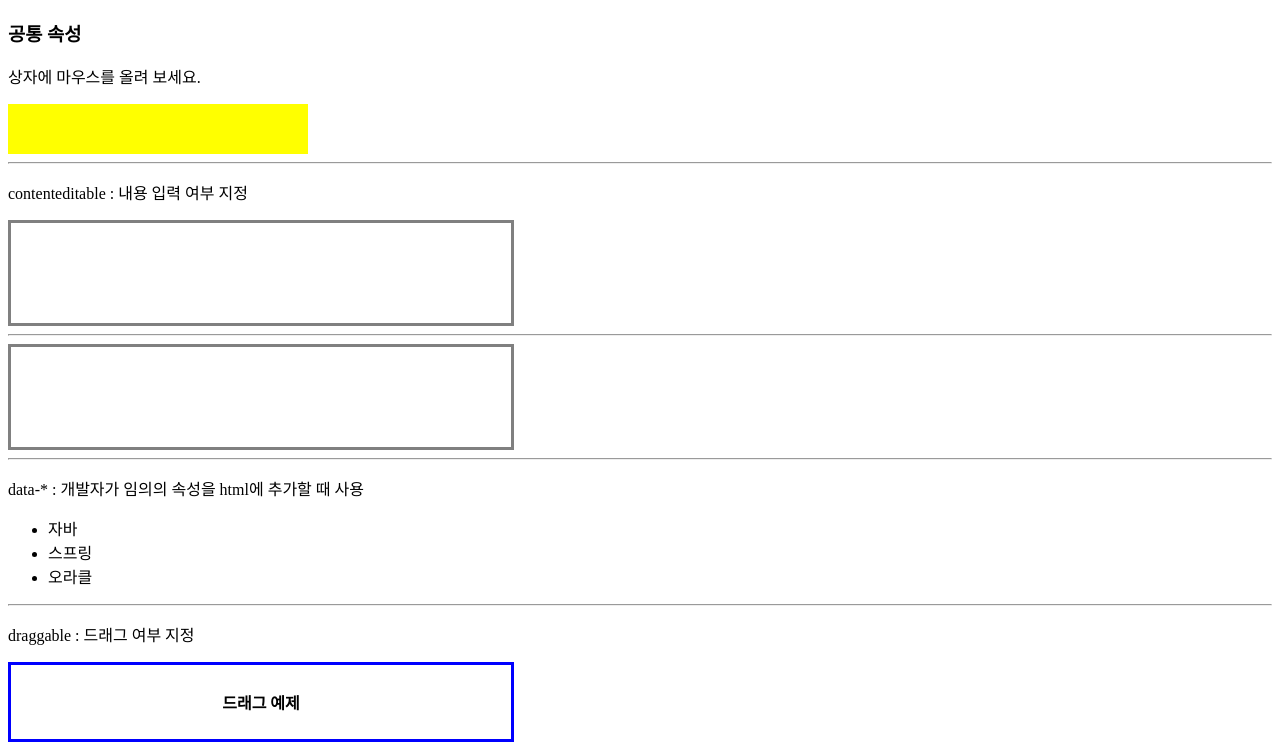
Repository: JiYoon0712/HTML_CSS_javascript
Page: work/study/src/main/webapp/htmlEx/ch02/ex06.html
An editor plug-in stored every save of this project. The page is shown before and after the next save, followed by the edit.
The browser window is 1280 px wide. The pictures show the whole page.

Above is the page before, as saved 2023-04-03 03:25:06.

### work/study/src/main/webapp/htmlEx/ch02/ex06.html
<!DOCTYPE html>
<html>
<head>
<meta charset="UTF-8">
<title>Insert title here</title>

<style type="text/css">
.box{
	border: 3px solid gray;
	width: 500px;
	height: 100px;
	overflow: auto;
}

.box2{
	border: 3px solid blue;
	width: 450px;
	padding: 25px;
	text-align: center;
	font-weight: 700;
}

</style>

</head>
<body>

<h3> 공통 속성 </h3>
<!-- 속성 : 요소의 시작태그에 사용하여 명령어를 구체화 하는 역할을 한다. -->

<p>상자에 마우스를 올려 보세요.</p>
<div title="안녕..." style="width:300px; height:50px; background: yellow;"></div>
<hr>

<p>contenteditable : 내용 입력 여부 지정</p>
<div class="box"></div>
<hr>
<div class="box" contenteditable="true"></div>
<hr>

<p>data-* : 개발자가 임의의 속성을 html에 추가할 때 사용</p>
<ul>
	<li data-subject="java">자바</li>
	<li data-subject="spring">스프링</li>
	<li data-subject="oracle">오라클</li>
</ul>
<hr>

<p>draggable : 드래그 여부 지정</p>
<div class="box2" draggable="true">드래그 예제</div>

</body>
</html>

After the next save:
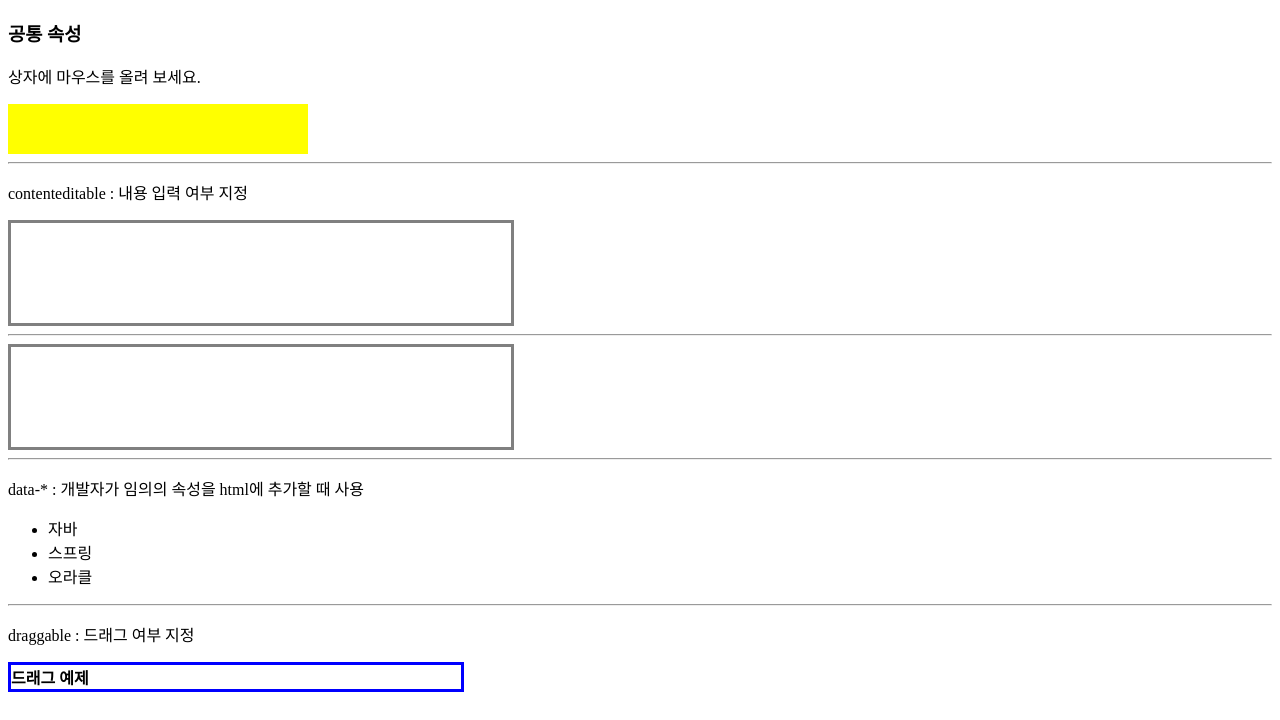
Saved 101 s later.
--- a/work/study/src/main/webapp/htmlEx/ch02/ex06.html
+++ b/work/study/src/main/webapp/htmlEx/ch02/ex06.html
@@ -14,8 +14,7 @@
 
 .box2{
 	border: 3px solid blue;
-	width: 450px;
-	padding: 25px;
+	width: 450px;x
 	text-align: center;
 	font-weight: 700;
 }
